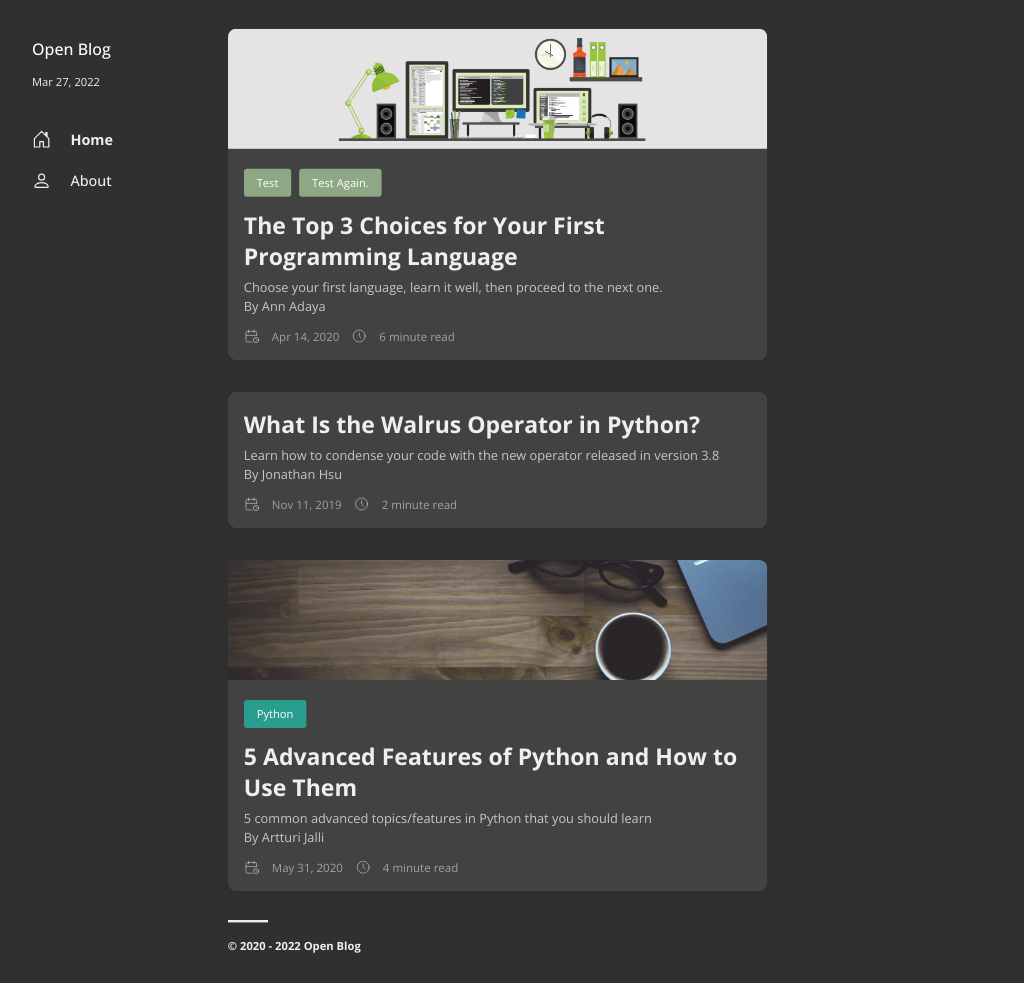
Repository: ArtisStella/BlogHTML
Page: index.html
The author's editor kept a copy of each file at every save. The page is drawn from the files as they stood at one save, then again after the next save.
The browser window is 1280 px wide. The pictures show the whole page, at 80% of full size.

Above is the page before, as saved 2022-06-07 00:16:36.

After the next save:
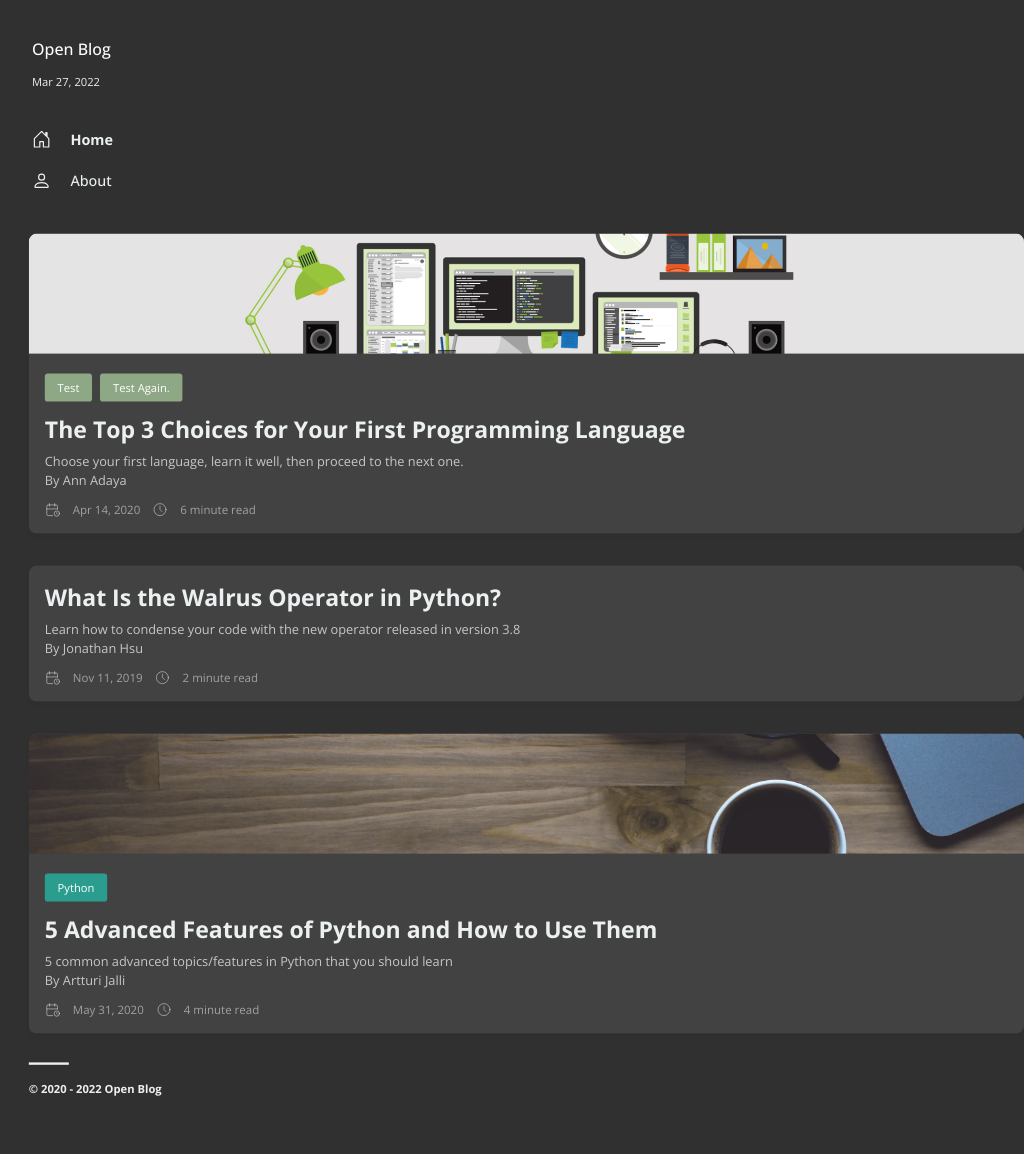
Saved 25 days later.
--- a/index.css
+++ b/index.css
@@ -13,7 +13,7 @@
 }
 
 .body-wrapper {
-  display: flex;
+  display: block;
   min-height: 100vh;
   align-items: flex-start;
   color: #ecf0f1;

After the save that followed:
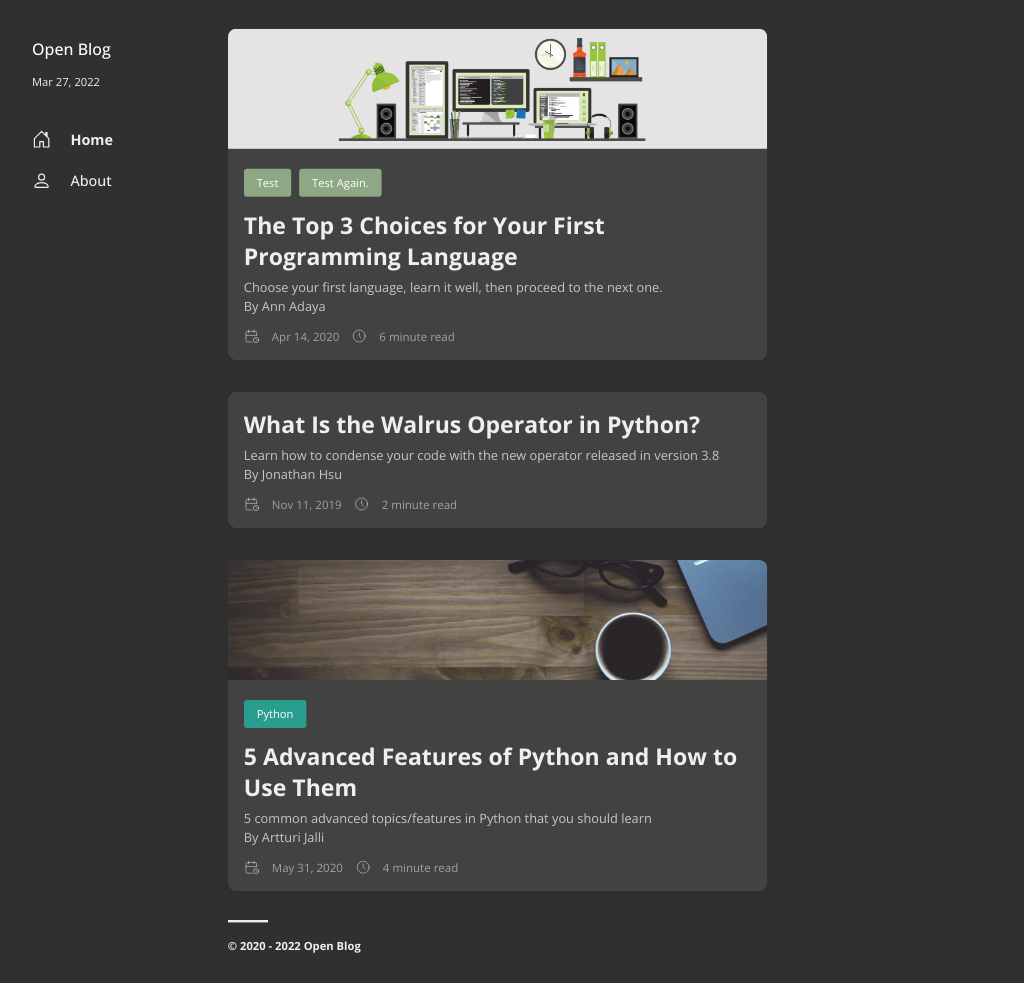
Saved 24 s later.
--- a/index.css
+++ b/index.css
@@ -13,7 +13,7 @@
 }
 
 .body-wrapper {
-  display: block;
+  display: flex;
   min-height: 100vh;
   align-items: flex-start;
   color: #ecf0f1;
